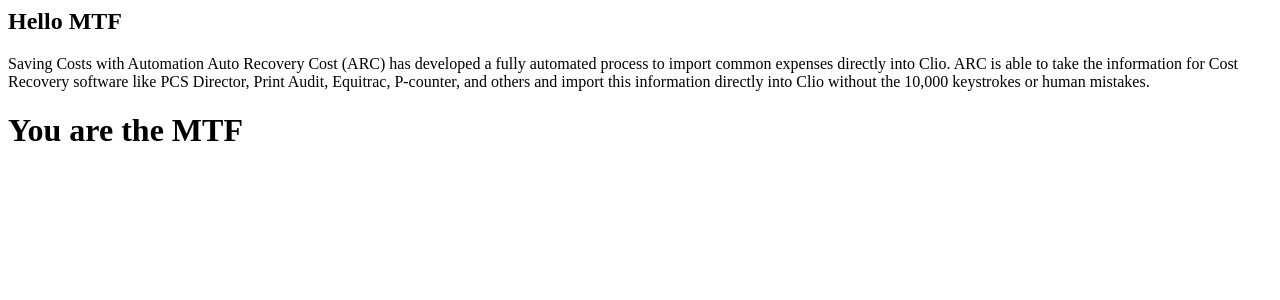
Repository: batmikun/Courses
Page: Front-End/SPA NATIVE JS/src/views/home.html
These files come from the project's save history. The page is drawn as it stood at one moment and after the next save; the edit follows.
The browser window is 1280 px wide. The pictures show the whole page.

Above is the page before, as saved 2021-11-21 00:42:01.

### Front-End/SPA NATIVE JS/src/views/home.html
<div class="content">
    <div class="content__fc">
        <h2>Hello MTF</h2>
        <p>
            Saving Costs with Automation
            Auto Recovery Cost (ARC) has developed a fully automated process to import common expenses directly into Clio.  ARC is able to take the information for Cost Recovery software like PCS Director, Print Audit, Equitrac, P-counter, and others and import this information directly into Clio without the 10,000 keystrokes or human mistakes.
        </p>
    </div>
    <div class="content__fc">
        <h1>You are the MTF</h1>
    </div>
</div>

After the next save:
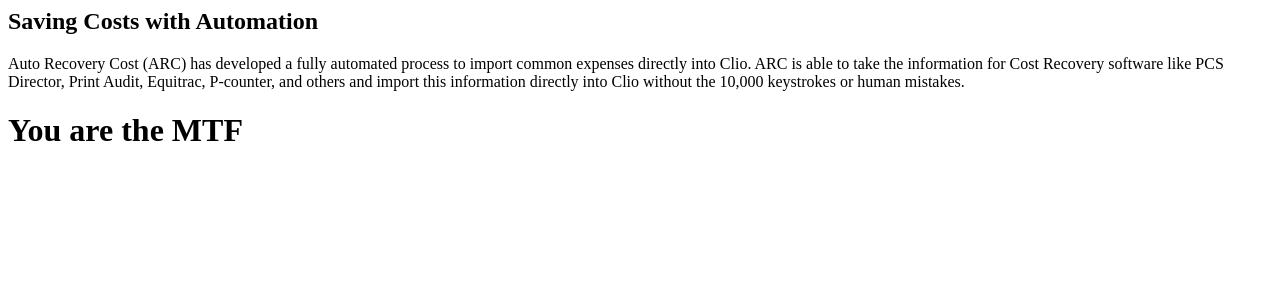
Saved 8 s later.
--- a/Front-End/SPA NATIVE JS/src/views/home.html
+++ b/Front-End/SPA NATIVE JS/src/views/home.html
@@ -1,8 +1,7 @@
 <div class="content">
     <div class="content__fc">
-        <h2>Hello MTF</h2>
+        <h2>Saving Costs with Automation</h2>
         <p>
-            Saving Costs with Automation
             Auto Recovery Cost (ARC) has developed a fully automated process to import common expenses directly into Clio.  ARC is able to take the information for Cost Recovery software like PCS Director, Print Audit, Equitrac, P-counter, and others and import this information directly into Clio without the 10,000 keystrokes or human mistakes.
         </p>
     </div>
